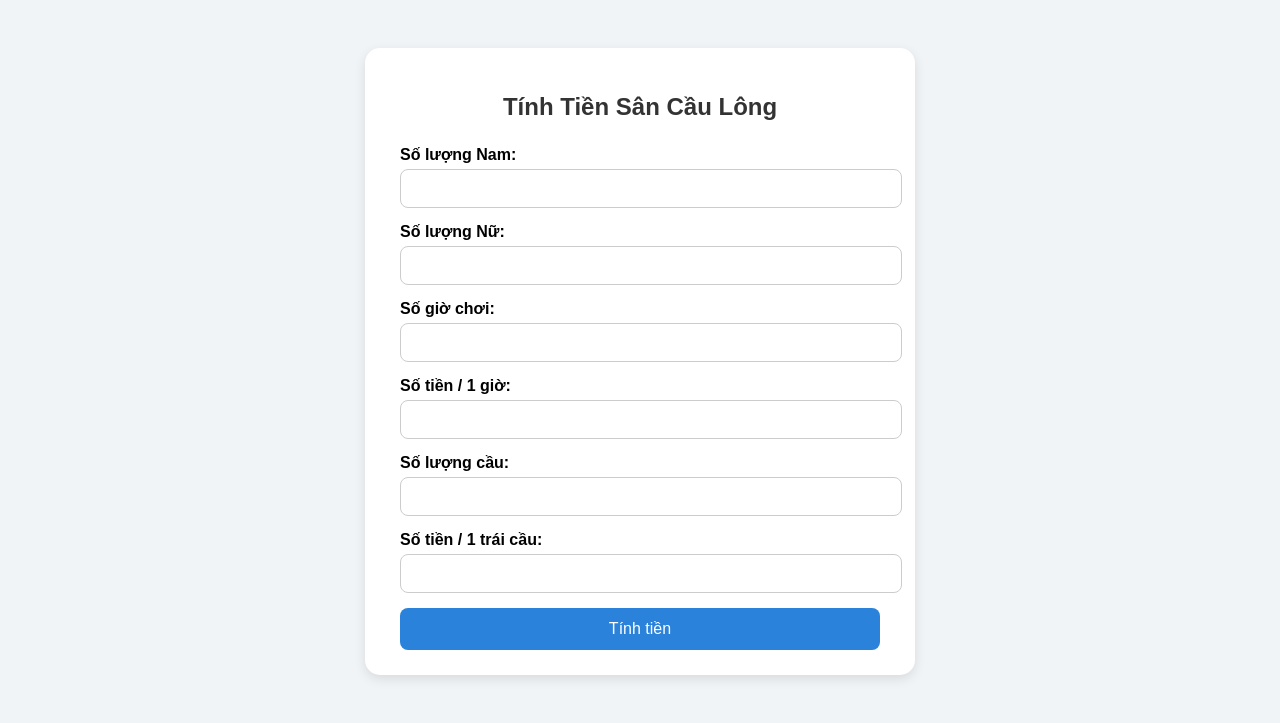
Repository: LuongPTCE181311/Badminton
Page: index.html
An editor plug-in stored every save of this project. The page is shown before and after the next save, followed by the edit.
The browser window is 1280 px wide. The pictures show the whole page.

Above is the page before, as saved 2025-12-07 20:33:14.

After the next save:
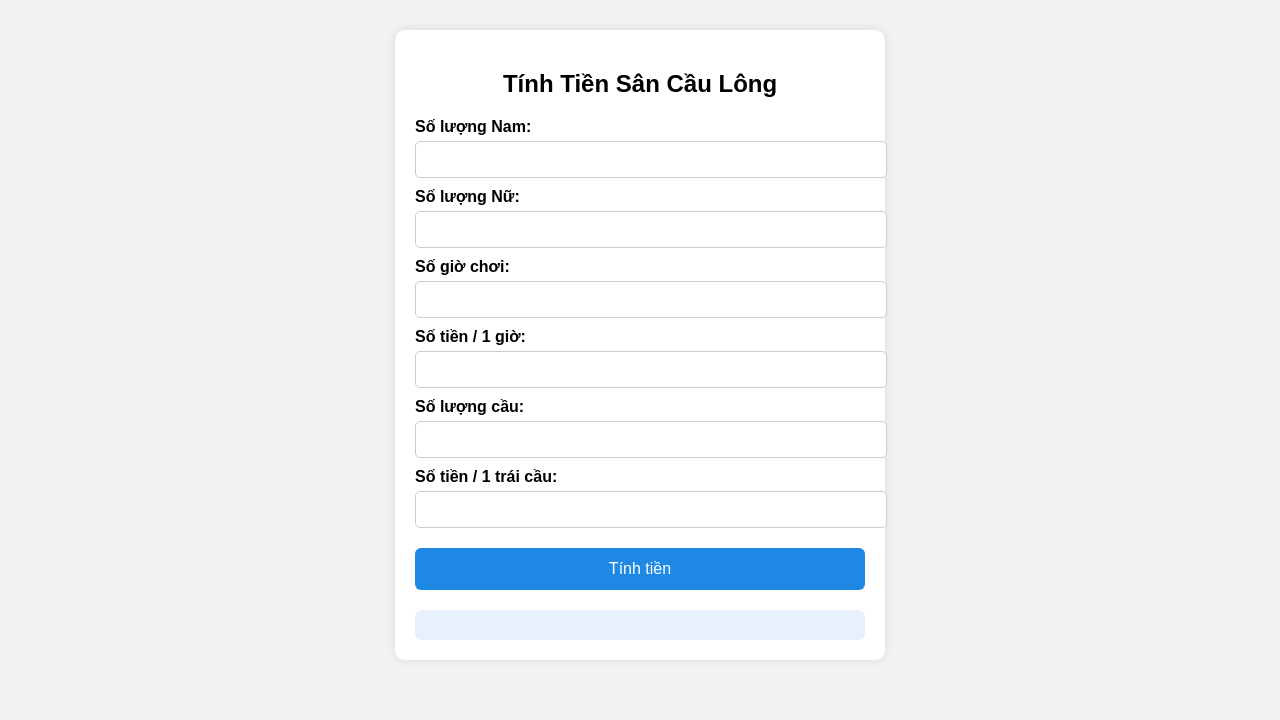
Saved 19 s later.
--- a/assets/css/style.css
+++ b/assets/css/style.css
@@ -1,52 +1,51 @@
 body {
-  font-family: Arial, sans-serif;
-  background: #f0f4f7;
-  display: flex;
-  justify-content: center;
-  padding: 40px;
+  background: #f2f2f2;
+  font-family: Arial;
 }
+
 .container {
-  background: #ffffff;
-  padding: 25px 35px;
-  border-radius: 15px;
-  max-width: 480px;
-  width: 100%;
-  box-shadow: 0 4px 12px rgba(0, 0, 0, 0.1);
+  width: 450px;
+  margin: 30px auto;
+  background: white;
+  padding: 20px;
+  border-radius: 10px;
+  box-shadow: 0 0 10px rgba(0, 0, 0, 0.1);
 }
+
 h2 {
   text-align: center;
-  margin-bottom: 25px;
-  color: #333;
 }
+
 label {
   font-weight: bold;
+  margin-top: 10px;
+  display: block;
 }
+
 input {
   width: 100%;
   padding: 10px;
   margin-top: 5px;
-  margin-bottom: 15px;
-  border-radius: 8px;
+  border-radius: 5px;
   border: 1px solid #ccc;
-  font-size: 15px;
 }
+
 button {
   width: 100%;
   padding: 12px;
-  background: #2a82da;
-  color: #fff;
+  margin-top: 20px;
+  background: #1e88e5;
+  color: white;
   border: none;
-  border-radius: 8px;
   font-size: 16px;
+  border-radius: 6px;
   cursor: pointer;
 }
-button:hover {
-  background: #1b5fa8;
+
+#result {
+  margin-top: 20px;
+  background: #e8f0fe;
+  padding: 15px;
+  border-radius: 6px;
+  font-size: 15px;
 }
-.result-box {
-  background: #eef5ff;
-  padding: 15px;
-  border-radius: 10px;
-  margin-top: 20px;
-  font-size: 17px;
-}
